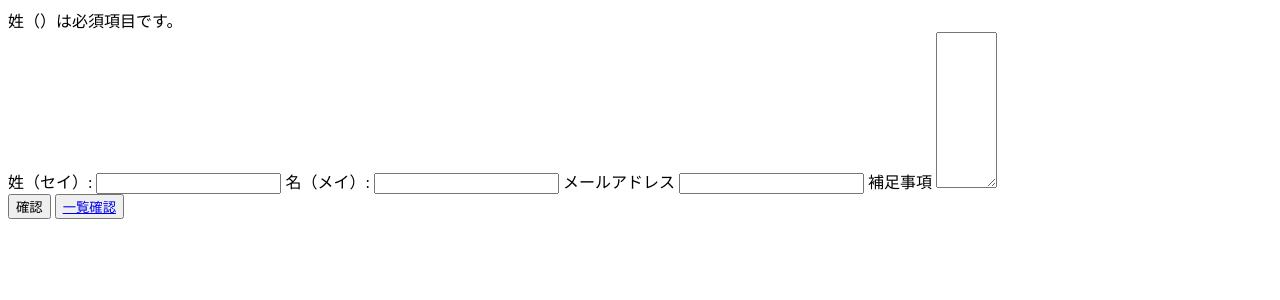
Repository: yoshiryoryo/phpform2
Page: http://localhost/
These files come from the project's save history. The page is drawn as it stood at one moment and after the next save; the edit follows.
The browser window is 1280 px wide. The pictures show the whole page.
The page is run by PHP 8.4 with error messages shown; the project is at /var/www/html/.

Above is the page before, as saved 2021-03-05 11:41:25.

After the next save:
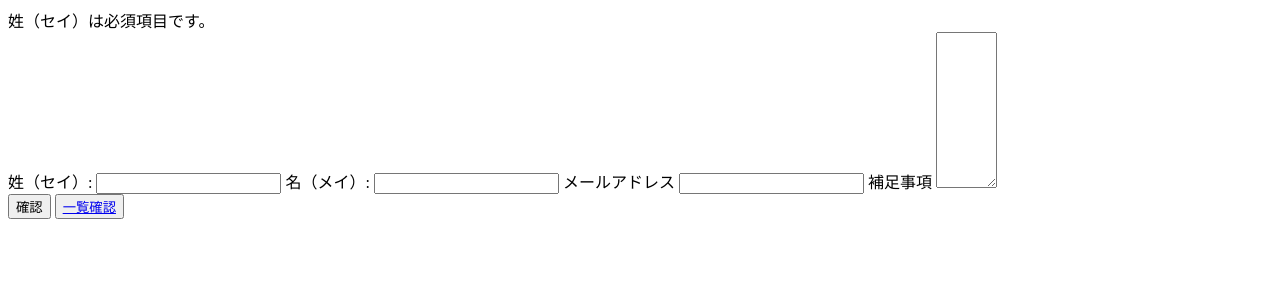
Saved 4 s later.
--- a/index.php
+++ b/index.php
@@ -12,7 +12,7 @@ $_SESSION['token'] = $token;
 
 // バリデーション
 if(empty($sei)){
-    echo '姓（）は必須項目です。';
+    echo '姓（セイ）は必須項目です。';
   }
 
 
